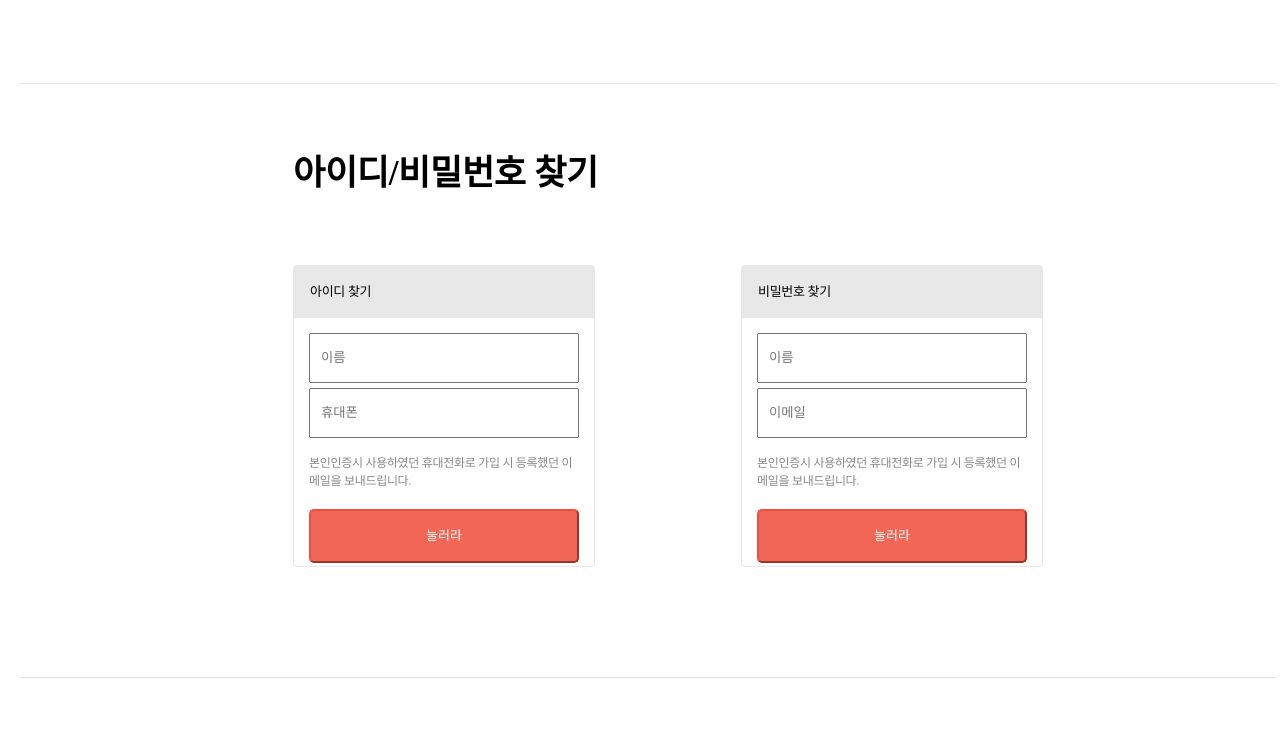
Repository: agheha/trillion
Page: YH/study_project/html/find.html
The author's editor kept a copy of each file at every save. The page is drawn from the files as they stood at one save, then again after the next save.
The browser window is 1280 px wide. The page is 1288 px wide, so the pictures cover 1288 px, including what lies to the right of the window. The pictures show the whole page.

Above is the page before, as saved 2019-09-05 17:51:21.

### YH/study_project/html/find.html
<!DOCTYPE html>
<html lang="en">
<head>
    <meta charset="UTF-8">
    <meta name="viewport" content="width=device-width, initial-scale=1.0">
    <meta http-equiv="X-UA-Compatible" content="ie=edge">
    <title>Document</title>
    <link rel="stylesheet" href="./../css/find.css">
</head>
<body>
    <fieldset>
        <form action="">
            <div class="nav"></div>
            <div class="main">
                <div class="title">
                    아이디/비밀번호 찾기
                </div>
                <div class="find">
                    <div class="find-item">
                        <div class="find-item-title">
                            아이디 찾기
                        </div>
                        <div class="find-item-content">
                            <div class="find-item-inputbox">
                                <input type="text" placeholder="이름">
                            </div>
                            <div class="find-item-inputbox">
                                <input type="text" placeholder="휴대폰">
                            </div>
                            <div class="find-item-msg">
                                본인인증시 사용하였던 휴대전화로 가입 시 등록했던 이메일을 보내드립니다.
                            </div>
                            <button class="find-item-button">
                                눌러라
                            </button>
                        </div>
                    </div>
                    <div class="find-item">
                        <div class="find-item-title">
                            비밀번호 찾기
                        </div>
                        <div class="find-item-content">
                            <div class="find-item-inputbox">
                                <input type="text" placeholder="이름">
                            </div>
                            <div class="find-item-inputbox">
                                <input type="text" placeholder="이메일">
                            </div>
                            <div class="find-item-msg">
                                본인인증시 사용하였던 휴대전화로 가입 시 등록했던 이메일을 보내드립니다.
                            </div>
                            <button class="find-item-button">
                                눌러라
                            </button>
                        </div>
                    </div>
                </div>
            </div>
            <div class="foot"></div>
        </form>
    </fieldset>
</body>
</html>

### YH/study_project/css/find.css
html, body {
    width: 100%;
    height: 100%;
}
fieldset {
    border : none;
}
.nav {
    background: #FFFFFF;
    height : 70px;
    border-bottom: 1px solid #E6E6E6;
    width: 100%;
}

.title {
    font-size : 35px;
    font-weight: bold;
    margin: 20px;
    width : 100%;
}
.main {
    width : 750px;
    margin : 0 auto;
    margin-top : 60px;
}
.find {
    width : 100%;
    display: flex;
    justify-content: space-between;
    padding : 20px;
    margin-top: 50px;
}
.find-item {
    width: 300px;
    height: 300px;
    border : 1px solid #E6E6E6;
    border-radius: 4px;
    text-align: center;

}
.find-item-title {
    font-size: 1.0rem;
    background: #E8E8E8;
    border : 1px solid #E6E6E6;
    height: 50px;
    line-height: 50px;
    text-align: left;
    padding-left: 15px;
}
.find-item-msg {
    font-size : 0.8rem;
}
.find-item-button {
    color : #fff;
    background-color : #f26656;
    background-image : none;
    border-color : #f0513e;
    padding: 15px 15px;
    font-size: 13px;
    line-height: 1.5438;
    border-radius: 5px;
    width: 100%;
}
.find-item-inputbox {
    width: 100%;
    height: 50px;
    padding-bottom: 5px;
}
input {
    width: 100%;
    height: 50px;
    box-sizing: border-box;
    padding : 10px;
    color : #888;
}
.find-item-msg {
    padding-top : 10px;
    padding-bottom: 20px;
    text-align: left;
    color : #888;
    font-size: 12px;

}
.find-item-content {
    padding : 15px;

}
.foot {
    border-top: 1px solid #E6E6E6;
    margin-top : 90px;
    height: 50px;
    width: 100%;
}
html {
    letter-spacing: -.3px;
    font-size: 13px;
    font-family: "NotoSansKR Regular" !important;
}

After the next save:
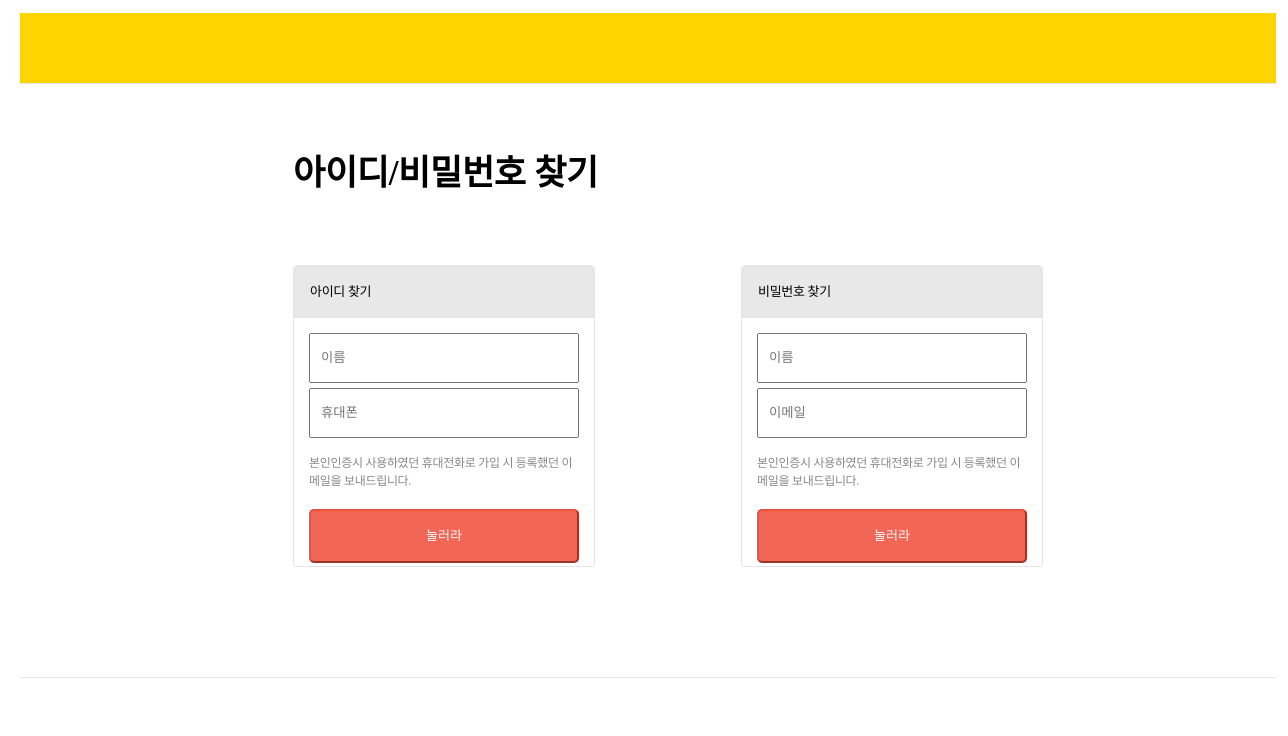
Saved 27 s later.
--- a/YH/study_project/css/find.css
+++ b/YH/study_project/css/find.css
@@ -6,7 +6,7 @@ fieldset {
     border : none;
 }
 .nav {
-    background: #FFFFFF;
+    background: #FFD400;
     height : 70px;
     border-bottom: 1px solid #E6E6E6;
     width: 100%;
